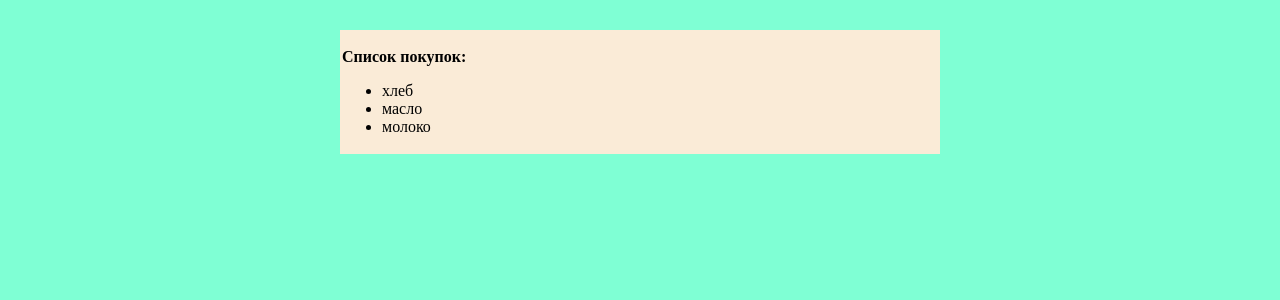
Repository: Savich01/-
Page: html/index.html
These files come from the project's save history. The page is drawn as it stood at one moment and after the next save; the edit follows.
The browser window is 1280 px wide. The pictures show the whole page.

Above is the page before, as saved 2024-05-31 14:08:54.

### html/index.html
<!DOCTYPE html>
<html lang="en">
<head>
    <meta charset="UTF-8">
    <meta name="viewport" content="width=device-width, initial-scale=1.0">
    <title>Document</title>
    <link rel="stylesheet" href="/css/style.css">
</head>
<body>

    <header class="header">
        <div class="container">
            <section class="section1">
                <p class="text">
                    <b>Список покупок:</b>
                </p>
                <ul class="list">
                    <li>хлеб</li>
                    <li>масло</li>
                    <li>молоко</li>
                </ul>
            </section>
        </div>
    </header>
    <main class="main">

    </main>
    <footer class="footer">

    </footer>

</body>
</html>

### css/style.css
body{
    max-width: 600px;
    height: 100%;
    margin: 0 auto;
    background-color: aquamarine;
}

.header{
    background-color: antiquewhite;
    padding: 2px;
    margin-top: 30px;
}

After the next save:
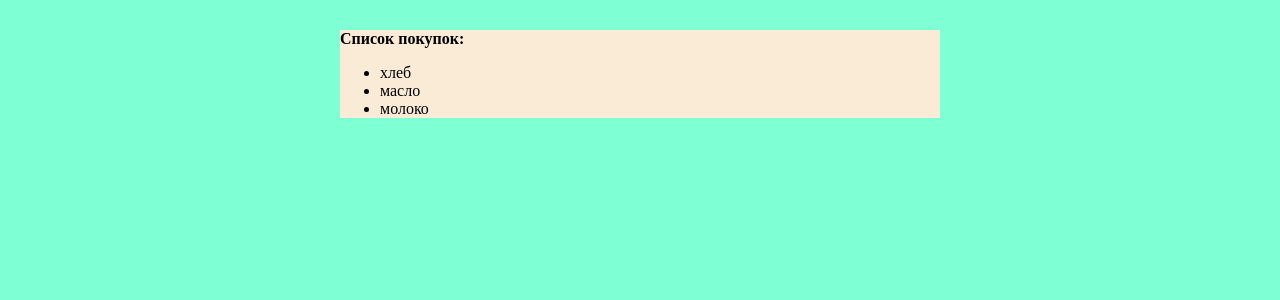
Saved 5 s later.
--- a/css/style.css
+++ b/css/style.css
@@ -7,6 +7,6 @@
 
 .header{
     background-color: antiquewhite;
-    padding: 2px;
+    /* padding: 2px; */
     margin-top: 30px;
 }

After the save that followed:
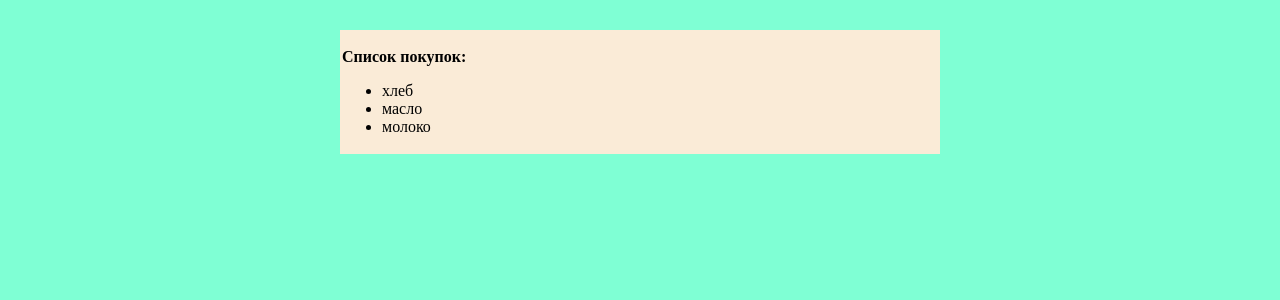
Saved 5 s later.
--- a/css/style.css
+++ b/css/style.css
@@ -7,6 +7,6 @@
 
 .header{
     background-color: antiquewhite;
-    /* padding: 2px; */
+    padding: 2px;
     margin-top: 30px;
 }
